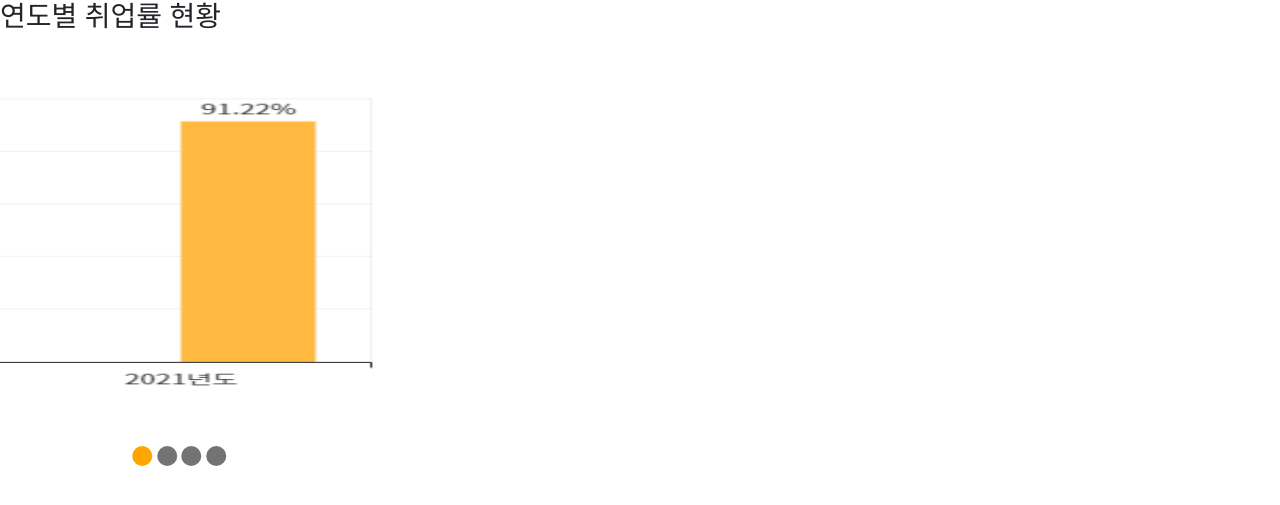
Repository: JavaJin96/kr.or.ddit.HighJava
Page: http://localhost/TeamProjectDCUM/work_psj/iframe_psj/getwork.jsp
These files come from the project's save history. The page is drawn as it stood at one moment and after the next save; the edit follows.
The browser window is 1280 px wide. The pictures show the whole page.
The page is served by Tomcat 9. Other server files are loaded and not shown.

Above is the page before, as saved 2022-02-16 01:12:45.

### 3.Highjava/workspace/TeamProjectDCUM/WebContent/work_psj/iframe_psj/getwork.jsp
<%@ page language="java" contentType="text/html; charset=UTF-8"
    pageEncoding="UTF-8"%>
<!DOCTYPE html>
<html>
<head>
<meta charset="UTF-8">
<title>Insert title here</title>
<!-- 카드 -->
<link rel="stylesheet" href="https://cdn.jsdelivr.net/npm/bootstrap@4.6.1/dist/css/bootstrap.min.css">
<script src="https://cdn.jsdelivr.net/npm/jquery@3.5.1/dist/jquery.slim.min.js"></script>
<script src="https://cdn.jsdelivr.net/npm/popper.js@1.16.1/dist/umd/popper.min.js"></script>
<script src="https://cdn.jsdelivr.net/npm/bootstrap@4.6.1/dist/js/bootstrap.bundle.min.js"></script>
<style>
/*---------------------- 슬라이드 ----------------------------*/
.slider{
	margin-top : 60px;
    width: 640px;
    height: 400px;
    position: relative;
    overflow: hidden; /* 현재 슬라이드 오른쪽에 위치한 나머지 슬라이드 들이 보이지 않도록 가림 */
/*     text-align: center; */
	display: flex;
}
.slider input[type=radio]{
    display: none;
}
img{
	width : 400px;
    height : 300px;
}

ul.imgs{
    padding: 0;
    margin: 0;
    list-style: none;
}
ul.imgs li{
    position: absolute;
    left: 640px;
    transition-delay: 1s; /* 새 슬라이드가 이동해 오는 동안 이전 슬라이드 이미지가 배경이 보이도록 지연 */
    padding: 0;
    margin: 0;
}

.bullets{
    position: absolute;
    left: 28%;
    transform: translateX(-50%);
    bottom: 20px;
    z-index: 2;
}

.bullets label{
    display: inline-block;
    border-radius: 50%;
    background-color: rgba(0,0,0,0.55);
    width: 20px;
    height: 20px;
    cursor: pointer;
}

/* 현재 선택된 불릿 배경 흰색으로 구분 표시 */
.slider input[type=radio]:nth-child(1):checked~.bullets>label:nth-child(1){
    background-color: orange;
}

.slider input[type=radio]:nth-child(2):checked~.bullets>label:nth-child(2){
    background-color: orange;
}

.slider input[type=radio]:nth-child(3):checked~.bullets>label:nth-child(3){
    background-color: orange;
}

.slider input[type=radio]:nth-child(4):checked~.bullets>label:nth-child(4){
    background-color: orange;
}

 .slider input[type=radio]:nth-child(1):checked~ul.imgs>li:nth-child(1){
     left: 0;
     transition: 0.5s;
     z-index:1;
 }

 .slider input[type=radio]:nth-child(2):checked~ul.imgs>li:nth-child(2){
     left: 0;
     transition: 0.5s;
     z-index:1;
 }

 .slider input[type=radio]:nth-child(3):checked~ul.imgs>li:nth-child(3){
     left: 0;
     transition: 0.5s;
     z-index:1;
 }

 .slider input[type=radio]:nth-child(4):checked~ul.imgs>li:nth-child(4){
     left: 0;
     transition: 0.5s;
     z-index:1;
 }

</style>


</head>
<body>
	<h3>연도별 취업률 현황</h3>
	<div class="slider" targer="ifr">
	    <input type="radio" name="slide" id="slide1" checked>
	    <input type="radio" name="slide" id="slide2">
	    <input type="radio" name="slide" id="slide3">
	    <input type="radio" name="slide" id="slide4">

	    <ul id="imgholder" class="imgs">
	        <li><img src="<%=request.getContextPath()%>/images/main/getwork2.png" targer="ifr"></li>
	        <li><img src="<%=request.getContextPath()%>/images/main/getwork3.PNG" targer="ifr"></li>
	        <li><img src="<%=request.getContextPath()%>/images/main/getwork4.PNG" targer="ifr"></li>
	        <li><img src="<%=request.getContextPath()%>/images/main/getwork5.PNG" targer="ifr" ></li>
	    </ul>

	    <div class="bullets">
	        <label for="slide1">&nbsp;</label>
	        <label for="slide2">&nbsp;</label>
	        <label for="slide3">&nbsp;</label>
	        <label for="slide4">&nbsp;</label>
	    </div>
	</div>


</body>
</html>

After the next save:
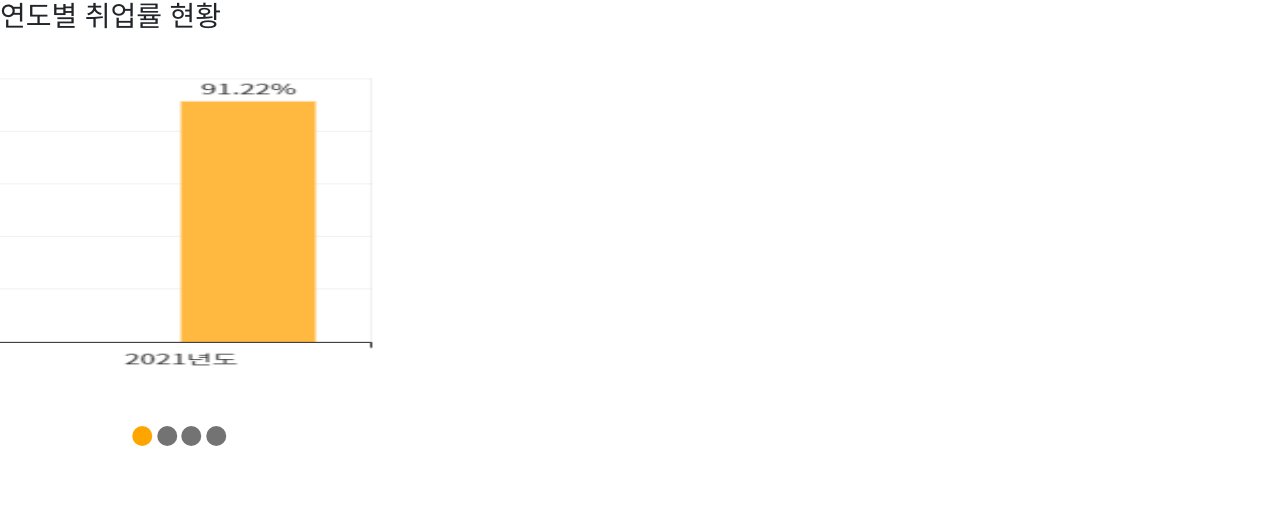
Saved 10 s later.
--- a/3.Highjava/workspace/TeamProjectDCUM/WebContent/work_psj/iframe_psj/getwork.jsp
+++ b/3.Highjava/workspace/TeamProjectDCUM/WebContent/work_psj/iframe_psj/getwork.jsp
@@ -13,7 +13,7 @@
 <style>
 /*---------------------- 슬라이드 ----------------------------*/
 .slider{
-	margin-top : 60px;
+	margin-top : 40px;
     width: 640px;
     height: 400px;
     position: relative;
